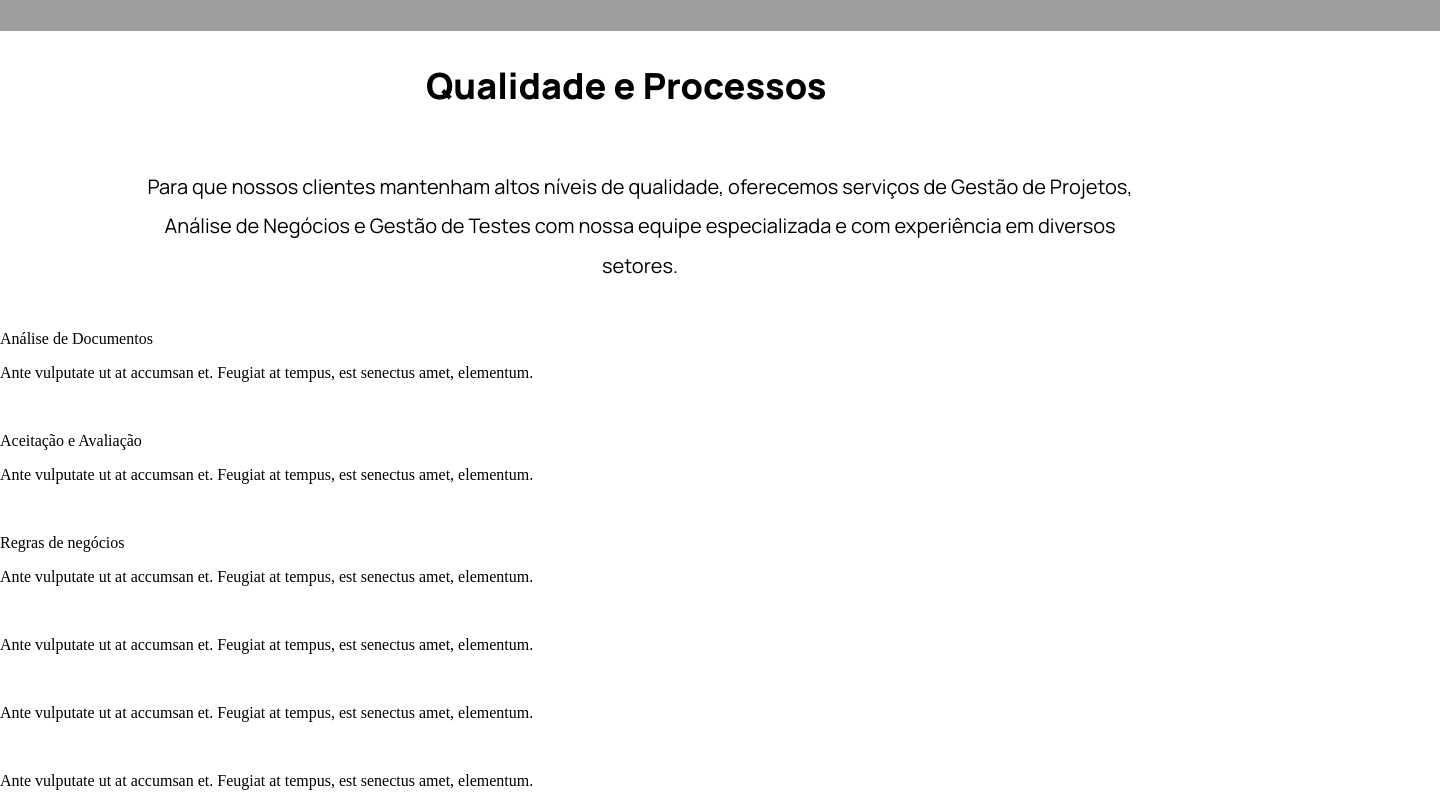
Repository: kleber-goncalves/Landing-Page-Gestao-de-projetos-dnc
Page: index.html
These files come from the project's save history. The page is drawn as it stood at one moment and after the next save; the edit follows.
The browser window is 1280 px wide. The page is 1440 px wide, so the pictures cover 1440 px, including what lies to the right of the window. The pictures show the part of the page from y = 723 to 1563 px (the page is 1529 px tall before and 1563 px after).
Pictures or frames that could not be fetched are drawn as grey boxes.

Above is the page before, as saved 2025-01-04 15:54:39.

### index.html
<!DOCTYPE html>
<html lang="pt-br">
<head>
    <meta charset="UTF-8">
    <meta name="viewport" content="width=device-width, initial-scale=1.0">
    <link rel="stylesheet" href="style.css">
    <link rel="preconnect" href="https://fonts.googleapis.com">
    <link rel="preconnect" href="https://fonts.gstatic.com" crossorigin>
    <link href="https://fonts.googleapis.com/css2?family=Manrope:wght@200..800&display=swap" rel="stylesheet">
    <title>Document</title>
</head>
<body>
    <main>
        <section id="topo" >
            <div id="elemnt-topo">
                <h1>Transformando em produtos digitais</h1>
                <p>Para que nossos clientes mantenham altos níveis de qualidade, oferecemos serviços de gestão de projetos e análise de negócios com nossa equipe especializada em diversos setores.</p>
            </div>
        </section>
        <section id="meio">
            <div id="txts-meio" >

                <h2>Qualidade e Processos</h2>
                <p>
                    Para que nossos clientes mantenham altos níveis de qualidade, oferecemos serviços de Gestão de Projetos, Análise de Negócios e Gestão de Testes com nossa equipe especializada e com experiência em diversos setores.
                </p>

            </div>

            <div id="icons-meio" >

                <div id="icons-documento">
                    <img class="img-icons" src="" alt="">
                    <p class="txt-icons">Análise de Documentos</p>
                    <p class="sub-icons">Ante vulputate ut at accumsan et. Feugiat at tempus, est senectus amet, elementum.</p>
                </div>
                <div id="icons-estrela">
                    <img class="img-icons" src="" alt="">
                    <p class="txt-icons">Aceitação e Avaliação</p>
                    <p class="sub-icons">Ante vulputate ut at accumsan et. Feugiat at tempus, est senectus amet, elementum.</p>
                </div>
                <div id="icons-coroa">
                    <img class="img-icons" src="" alt="">
                    <p class="txt-icons">Regras de negócios</p>
                    <p class="sub-icons">Ante vulputate ut at accumsan et. Feugiat at tempus, est senectus amet, elementum.</p>
                </div>
                <div id="icons-fluxos">
                    <img class="img-icons" src="" alt="">
                    <p class="txt-icons"></p>
                    <p class="sub-icons">Ante vulputate ut at accumsan et. Feugiat at tempus, est senectus amet, elementum.</p>
                </div>
                <div id="icons-bola">
                    <img class="img-icons" src="" alt="">
                    <p class="txt-icons"></p>
                    <p class="sub-icons">Ante vulputate ut at accumsan et. Feugiat at tempus, est senectus amet, elementum.</p>
                </div>
                <div id="icons-figma">
                    <img class="img-icons" src="" alt="">
                    <p class="txt-icons"></p>
                    <p class="sub-icons">Ante vulputate ut at accumsan et. Feugiat at tempus, est senectus amet, elementum.</p>
                </div>


            </div>

        </section>
    </main>
</body>
</html>

### style.css
body {
    margin: 0;
    font-size: 16px;
    box-sizing: border-box;
}





#topo {
    width:  1440px;
    height:  754px;
    background-image: url(/img/topo-fundo.svg);
    background-size: cover;
    background-repeat: no-repeat;
    display:flex ;
    flex-direction: column;
    justify-items: flex-start;
}

#topo > #elemnt-topo {
    margin-left: 121px;
    margin-top: 236px;
}

#elemnt-topo > h1 {
    width: 665px;
    height: 164px;
    font-family: "Manrope", serif;
    font-size: 64px;
    font-weight: 800;
    color: black;
}

#elemnt-topo > p {
    font-family: "Manrope", serif;
    width:  650px;
    height: 99px;
    font-family: Manrope;
    font-size: 20px;
    font-weight: 400;
}








#txts-meio {
    display: flex;
    flex-direction: column;
    align-items: center;
}

#txts-meio > h2 {
    width: 428px;
    height: 56px;
    color: black;
    font-family: "Manrope", serif;
    font-size: 36px;
    font-weight: 800;
    line-height: 49.18px;
}


#txts-meio > p {
    width:  994px;
    height:  109px;
    color: black;
    font-family: "Manrope", serif;
    font-size: 20px;
    font-weight: 400;
    line-height: 39.5px;
    text-align: center;
}

After the next save:
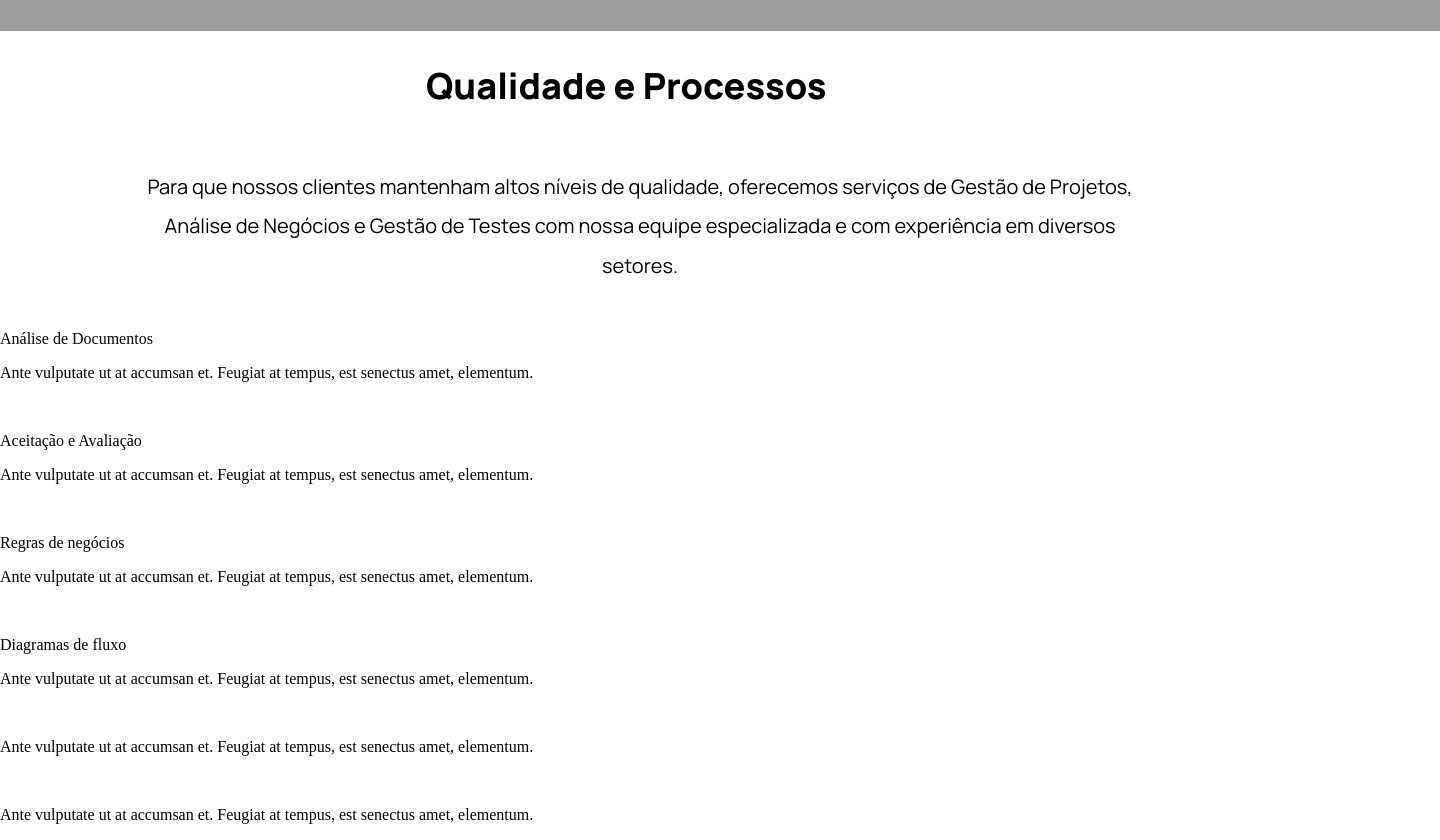
Saved 9 s later.
--- a/index.html
+++ b/index.html
@@ -46,7 +46,7 @@
                 </div>
                 <div id="icons-fluxos">
                     <img class="img-icons" src="" alt="">
-                    <p class="txt-icons"></p>
+                    <p class="txt-icons">Diagramas de fluxo</p>
                     <p class="sub-icons">Ante vulputate ut at accumsan et. Feugiat at tempus, est senectus amet, elementum.</p>
                 </div>
                 <div id="icons-bola">
